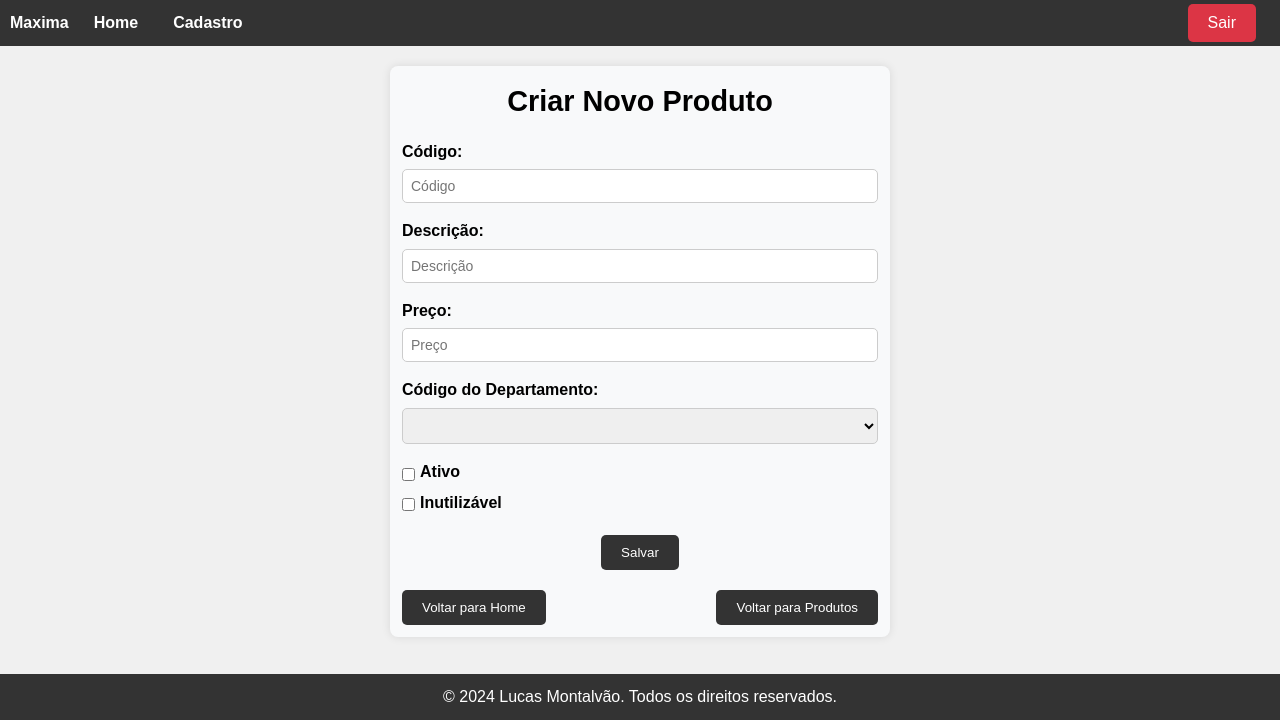
Repository: LucasMontalvao1/ProjetoMaxima
Page: /produto/criar (app in AngularMaxima/)
These files come from the project's save history. The page is drawn as it stood at one moment and after the next save; the edit follows.
The browser window is 1280 px wide. The pictures show the whole page.
The page's requests for data from a server got no answer. The project was rebuilt for these pictures with package versions that can differ from the ones it lists, and the page was loaded fresh each time. No one was signed in, and anything a server would have sent is missing. Also part of the build but not shown: AngularMaxima/angular.json, AngularMaxima/src/app/pages/login/login.component.ts, AngularMaxima/src/app/pages/home/home.component.ts, AngularMaxima/src/app/pages/produto/produto.component.ts, AngularMaxima/src/app/pages/departamento/departamento.component.ts.

Above is the page before, as saved 2024-07-14 21:46:03.

After the next save:
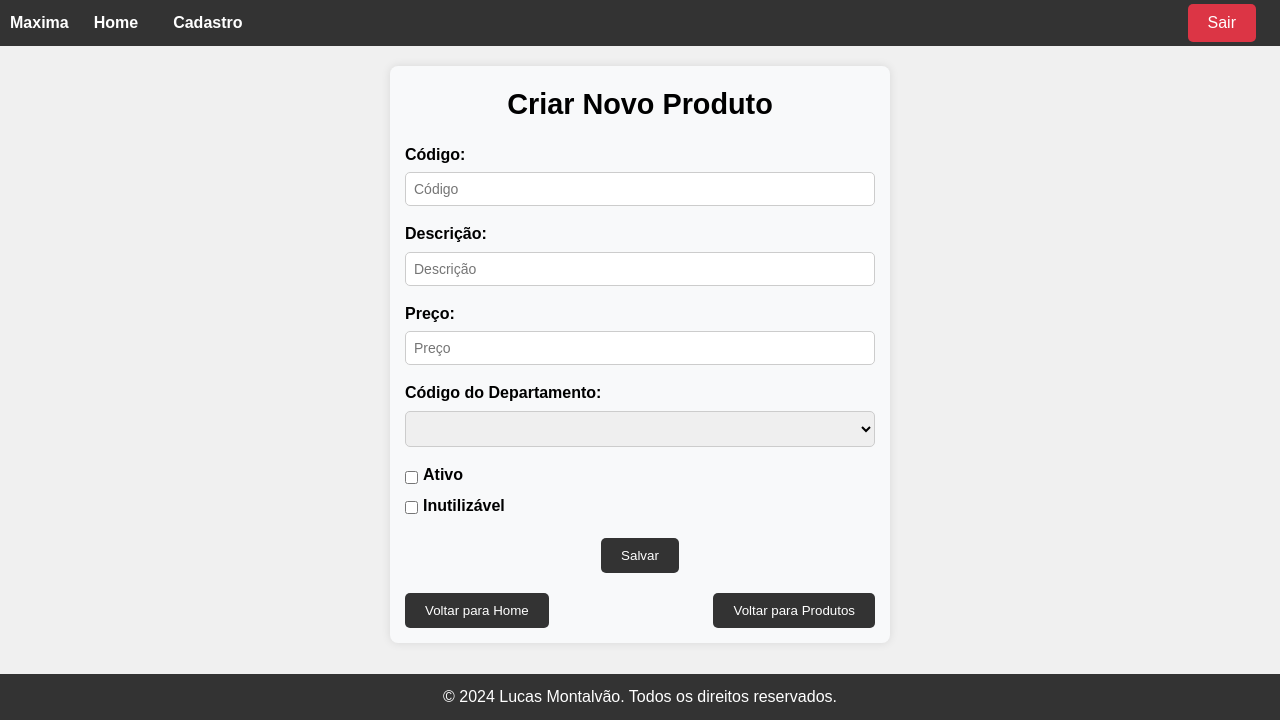
Saved 3 s later.
--- a/AngularMaxima/src/app/pages/produto/produto-criar/produto-criar.component.css
+++ b/AngularMaxima/src/app/pages/produto/produto-criar/produto-criar.component.css
@@ -10,7 +10,7 @@
 .form-container {
   max-width: 500px;
   width: 100%;
-  padding: 12px;
+  padding: 15px;
   background-color: #f8f9fa;
   border-radius: 8px;
   box-shadow: 0 0 10px rgba(0, 0, 0, 0.1);
